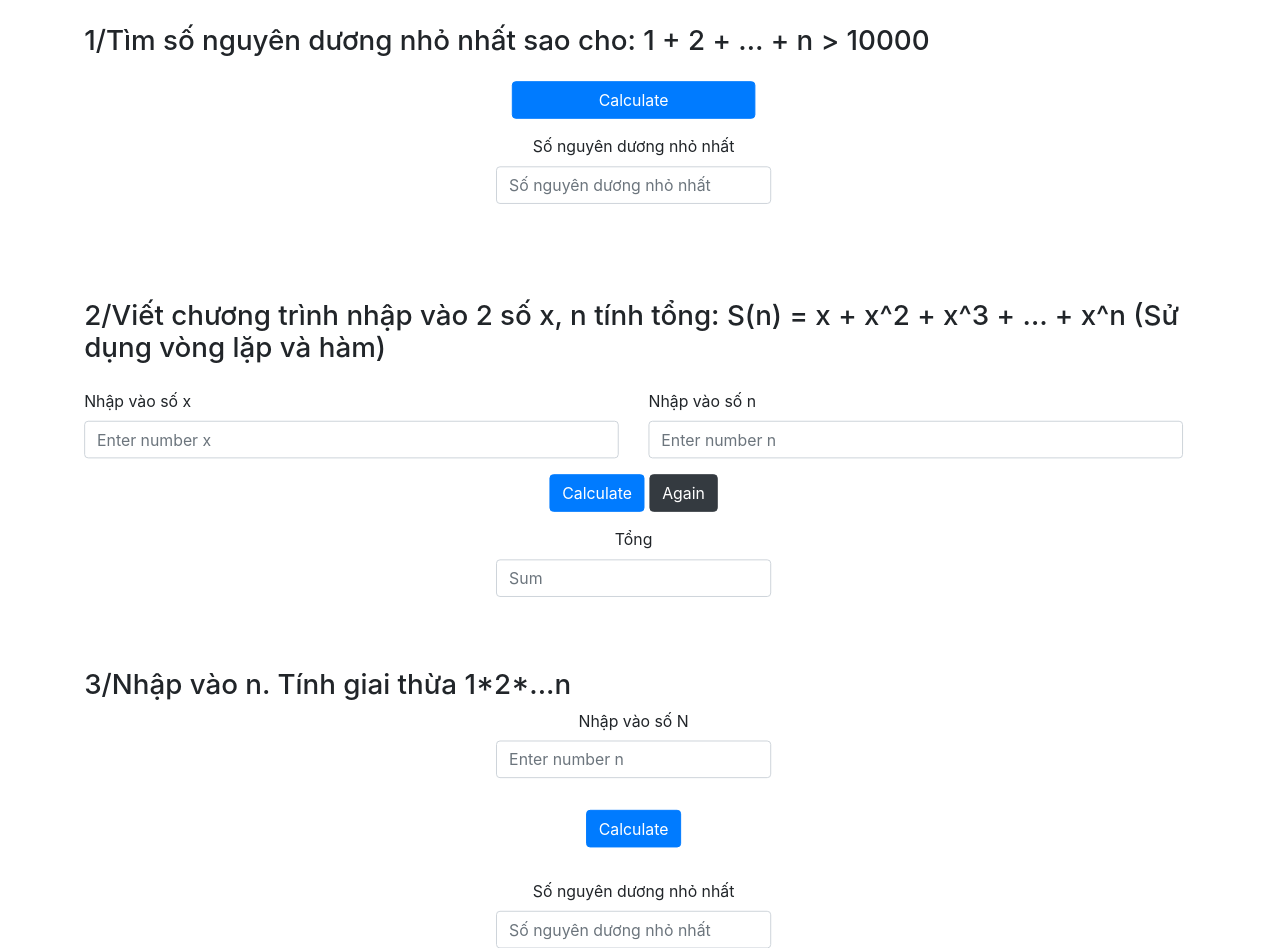
Repository: baobaodeveloper/bootcamp21__loop__HuynhAnhBao
Page: index.html
The author's editor kept a copy of each file at every save. The page is drawn from the files as they stood at one save, then again after the next save.
The browser window is 1280 px wide. The pictures show the whole page, at 99% of full size.

Above is the page before, as saved 2022-03-16 23:32:24.

After the next save:
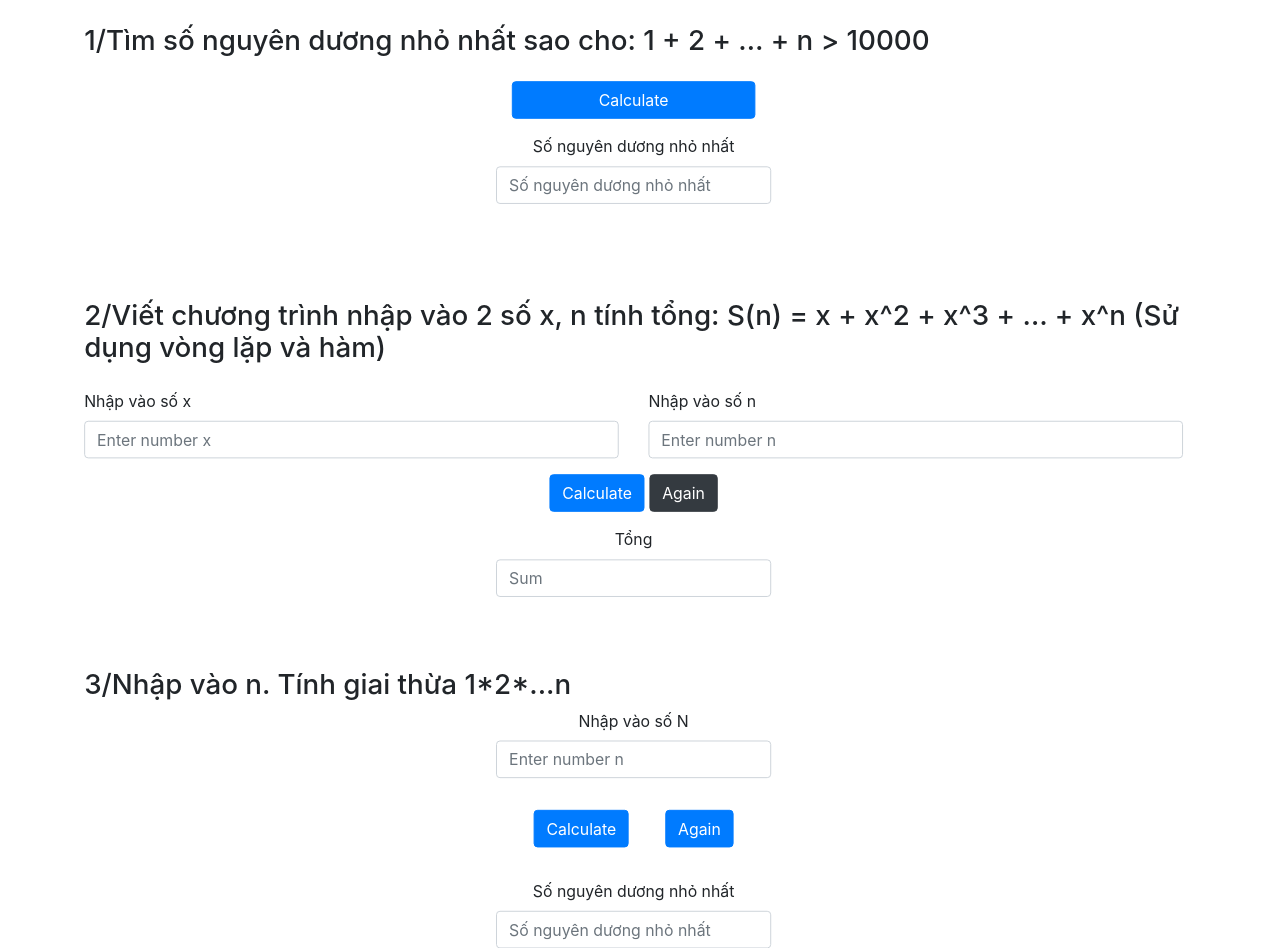
Saved 17 s later.
--- a/index.html
+++ b/index.html
@@ -105,6 +105,13 @@
           >
             Calculate
           </button>
+          <button
+            type="button"
+            id="calculate-num-n"
+            class="btn btn-primary m-3"
+          >
+            Again
+          </button>
         </div>
         <label class="form-label">Số nguyên dương nhỏ nhất</label>
         <input
